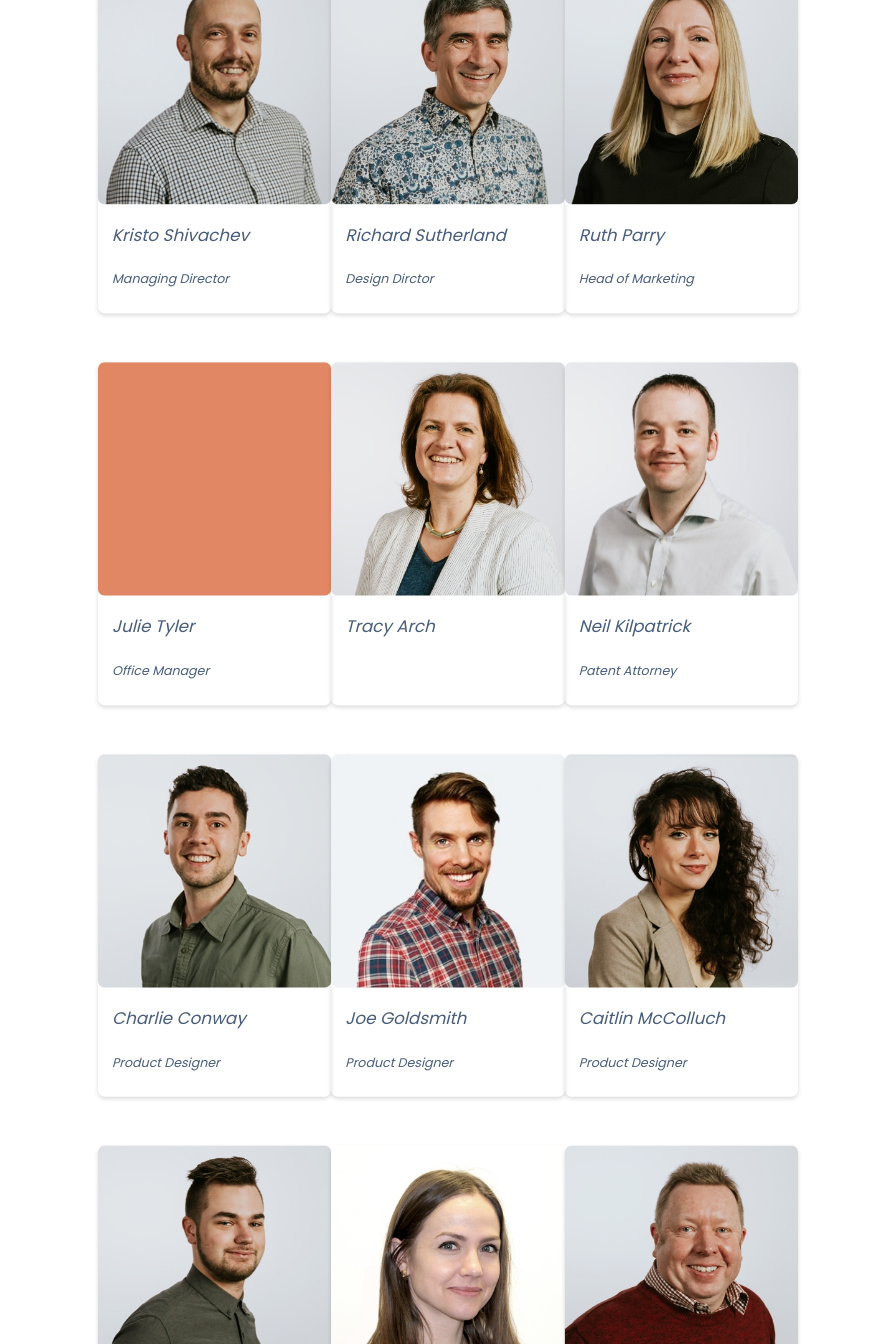
Repository: cobyfoster99/User-Centric-frontend-project
Page: about.html
The author's editor kept a record of every edit. The page is drawn from the files as they stood at one moment, then again after the next edit.
The browser window is 1280 px wide. The pictures show the part of the page from y = 1294 to 3214 px (the page is 4635 px tall), at 70% of full size.
Some web libraries are served in a nearby version.

Above is the page before.

After the next edit:
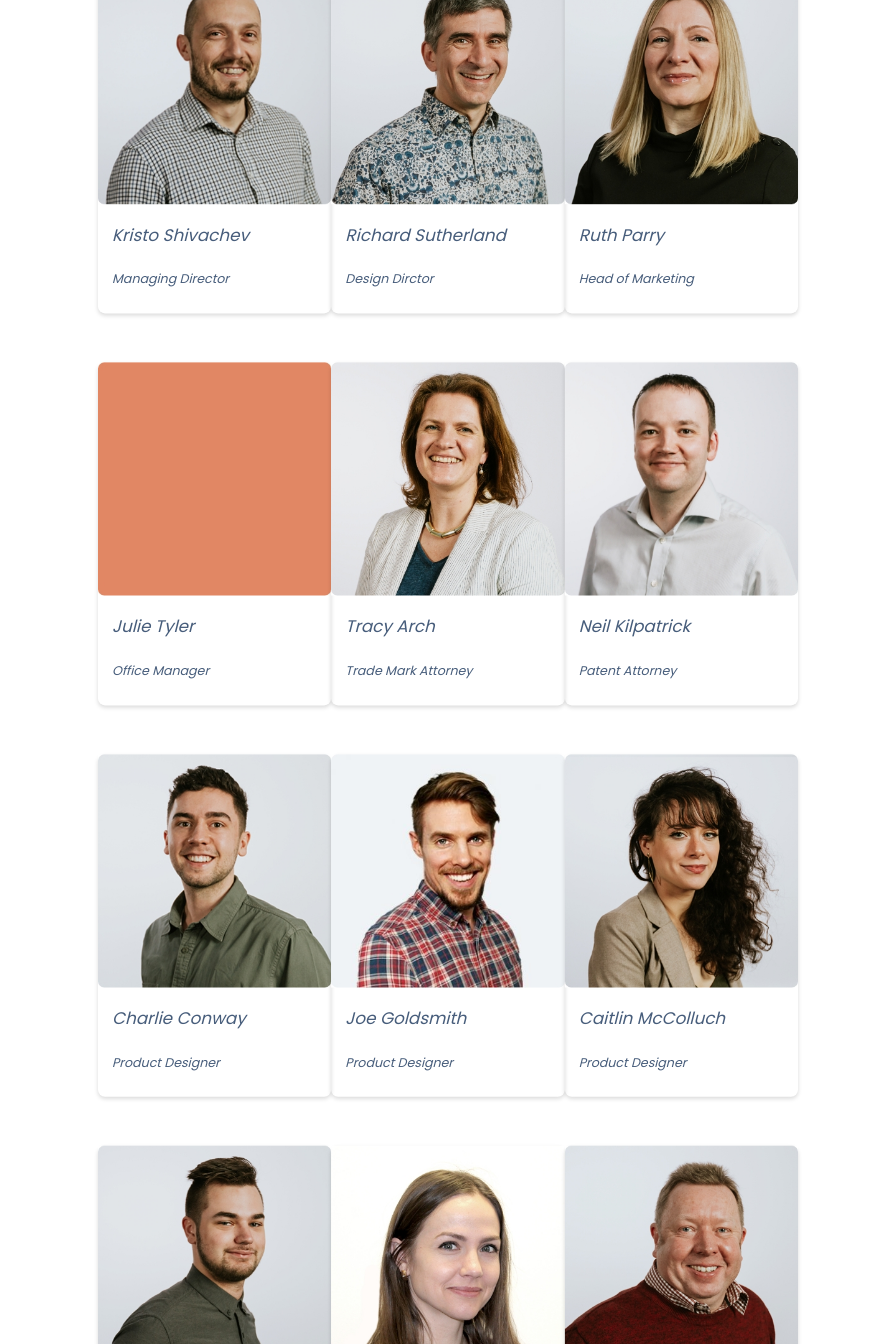
The edit:
--- a/about.html
+++ b/about.html
@@ -89,7 +89,7 @@
                 <div class="meet-the-team-box">
                     <img class="meet-the-team-img" src="./assets/media-library/Barker1.jpg"></img>
                     <h4 class="meet-the-team-h4">Tracy Arch</h4>
-                    <h5 class="meet-the-team-h5"Patent Attorney</h5>
+                    <h5 class="meet-the-team-h5">Trade Mark Attorney</h5>
                 </div>
 
                 <div class="meet-the-team-box">
